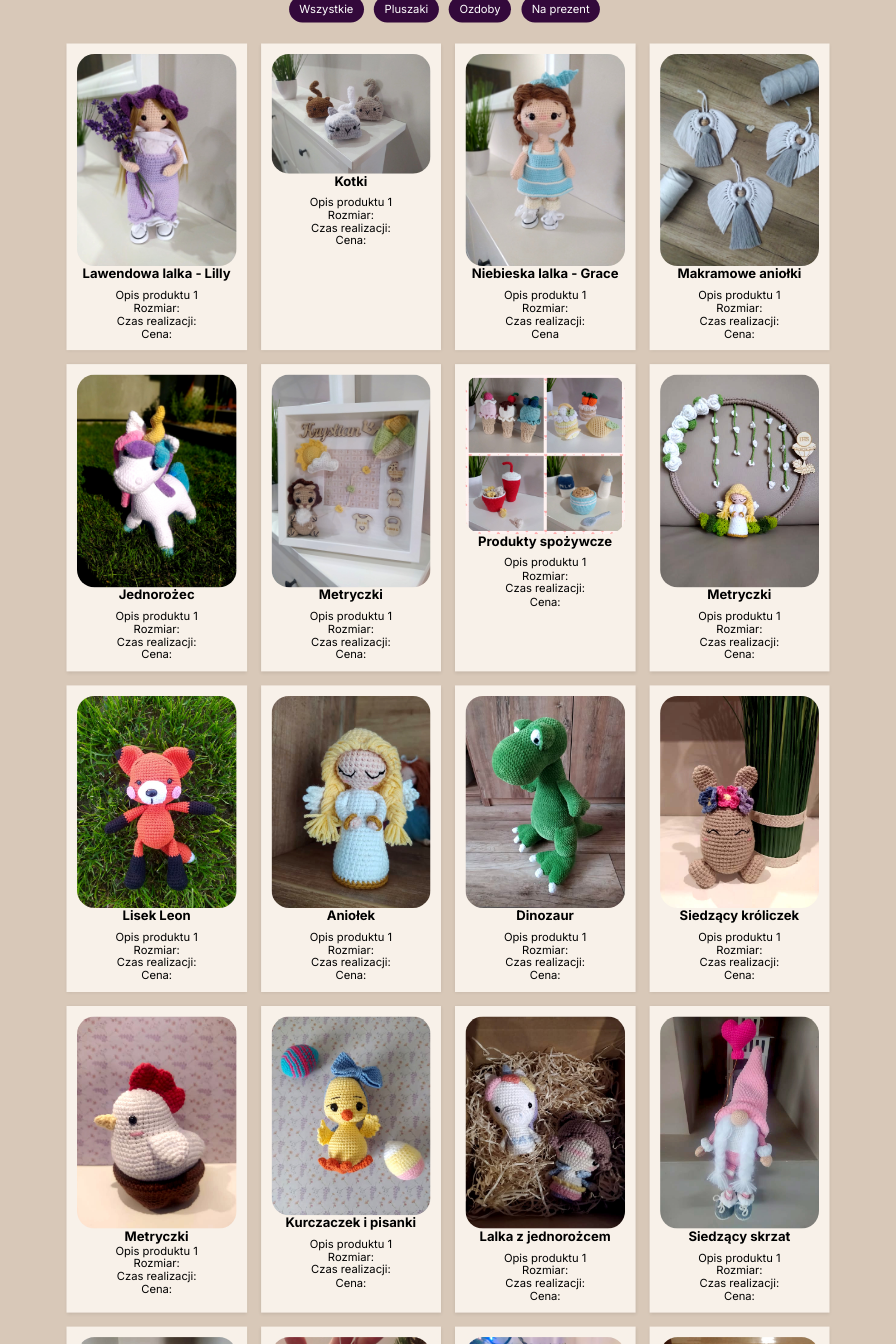
Repository: KlaudiaK0205/Craftoszet
Page: index.html
These files come from the project's save history. The page is drawn as it stood at one moment and after a run of saves; the edit follows.
The browser window is 1280 px wide. The pictures show the part of the page from y = 2533 to 4453 px (the page is 6141 px tall before and 6301 px after), at 70% of full size.
Some web libraries are served in a nearby version. The style sheet was rebuilt from its Sass, Less or Tailwind sources for each picture, by a compiler version that may differ from the author's.

Above is the page before, as saved 2024-10-06 15:14:17.

After the next 3 saves:
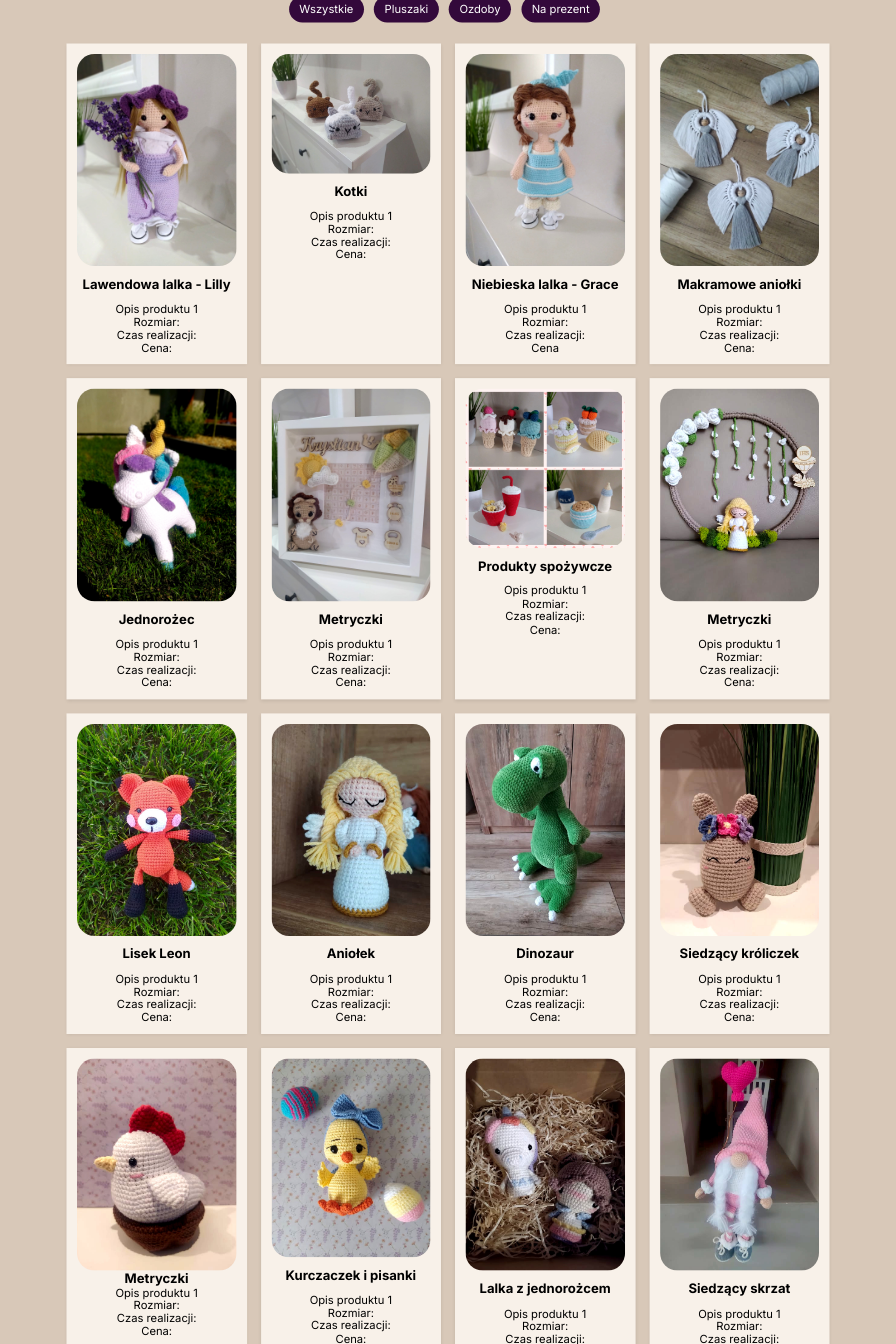
The 3 saves are shown as one change because they came seconds apart.
The last was saved 13 s later.
--- a/sass/layout/_myProducts.scss
+++ b/sass/layout/_myProducts.scss
@@ -51,7 +51,7 @@
 }
 
 .productName {
-    padding-bottom: 10px;
+    padding: 15px 0;
 
 }
 .description {
